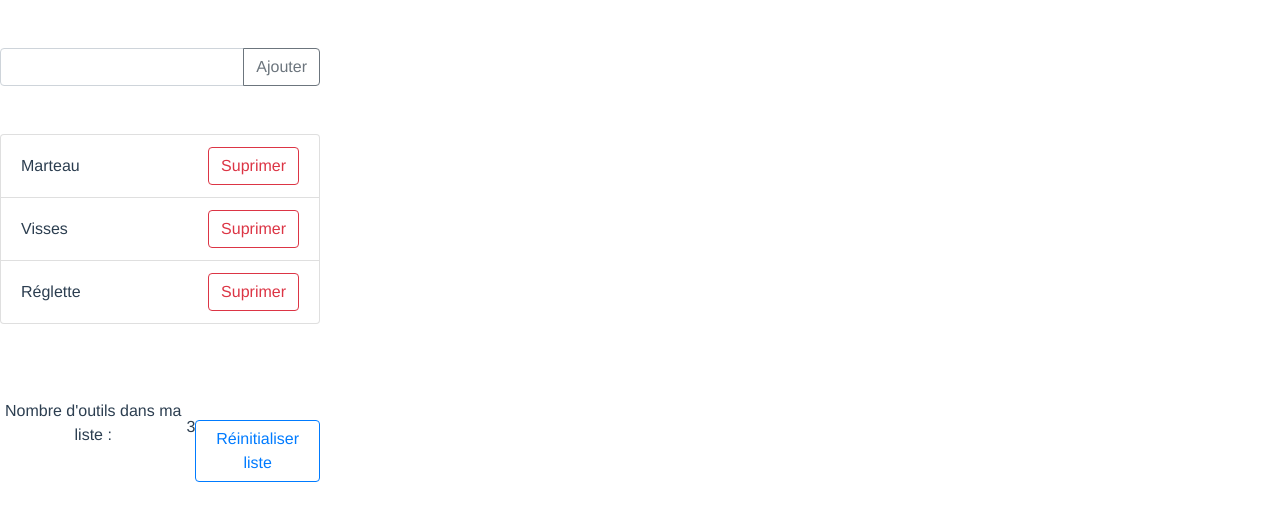
Repository: corentin-e-student/test-vue
Page: /
These files come from the project's save history. The page is drawn as it stood at one moment and after the next save; the edit follows.
The browser window is 1280 px wide. The pictures show the whole page.
The project was rebuilt for these pictures with package versions that can differ from the ones it lists, and the page was loaded fresh each time. Also part of the build but not shown: vue.config.js.

Above is the page before, as saved 2023-03-01 14:25:32.

After the next save:
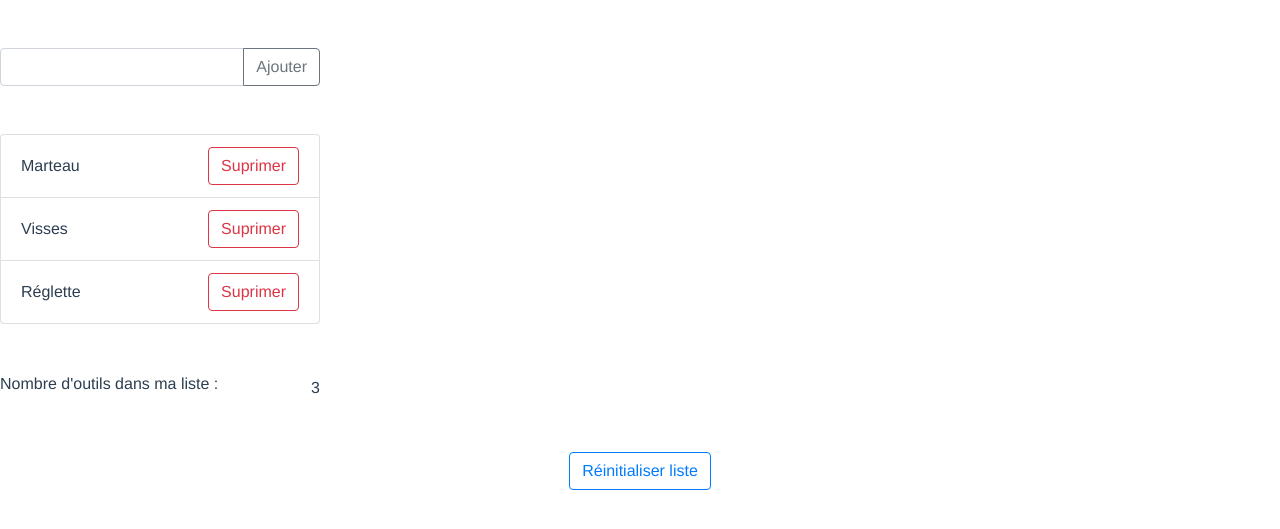
Saved 10 s later.
--- a/src/components/TodoList.vue
+++ b/src/components/TodoList.vue
@@ -17,10 +17,11 @@
         <div class="w-25 mt-5 d-flex b-col justify-content-between align-items-center">
             <label>Nombre d'outils dans ma liste :</label>
             <span>{{ publishTodoListLength }}</span>
-            <b-button class="mt-5" variant="outline-primary">
+        </div>
+
+        <b-button class="mt-5" variant="outline-primary">
                 Réinitialiser liste
             </b-button>
-        </div>
     </div>
   </template>
   <script>
